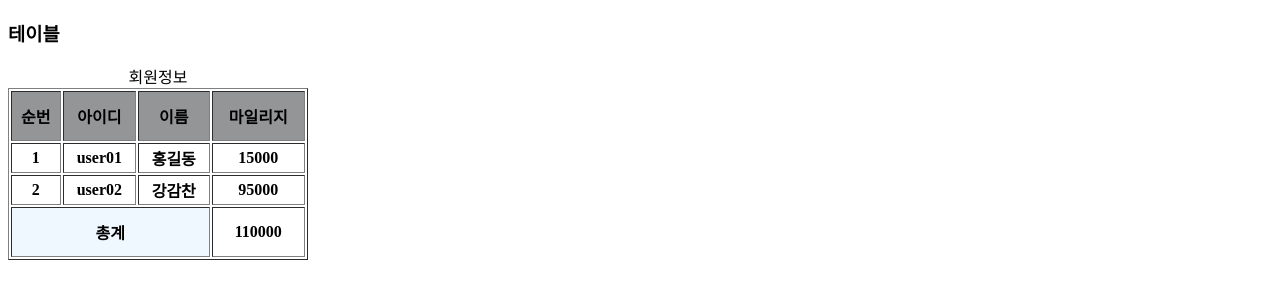
Repository: helloJunejun/WorkSpace_WebUi
Page: 0.2html_form_table/src/main/webapp/sample_table.html
An editor plug-in stored every save of this project. The page is shown before and after the next save, followed by the edit.
The browser window is 1280 px wide. The pictures show the whole page.

Above is the page before, as saved 2021-06-24 01:28:35.

After the next save:
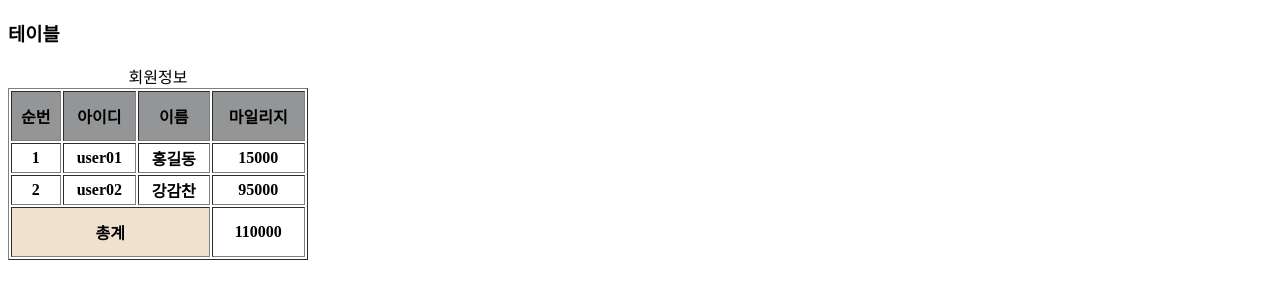
Saved 65 s later.
--- a/0.2html_form_table/src/main/webapp/sample_table.html
+++ b/0.2html_form_table/src/main/webapp/sample_table.html
@@ -30,7 +30,7 @@
 	</tr>
 
 	<tr height="50px">
-		<th colspan="3" bgcolor="#F0F8FF">총계</th>
+		<th colspan="3" bgcolor="#EFE1CE">총계</th>
 		<th>110000</th>
 	</tr>
 </table>
